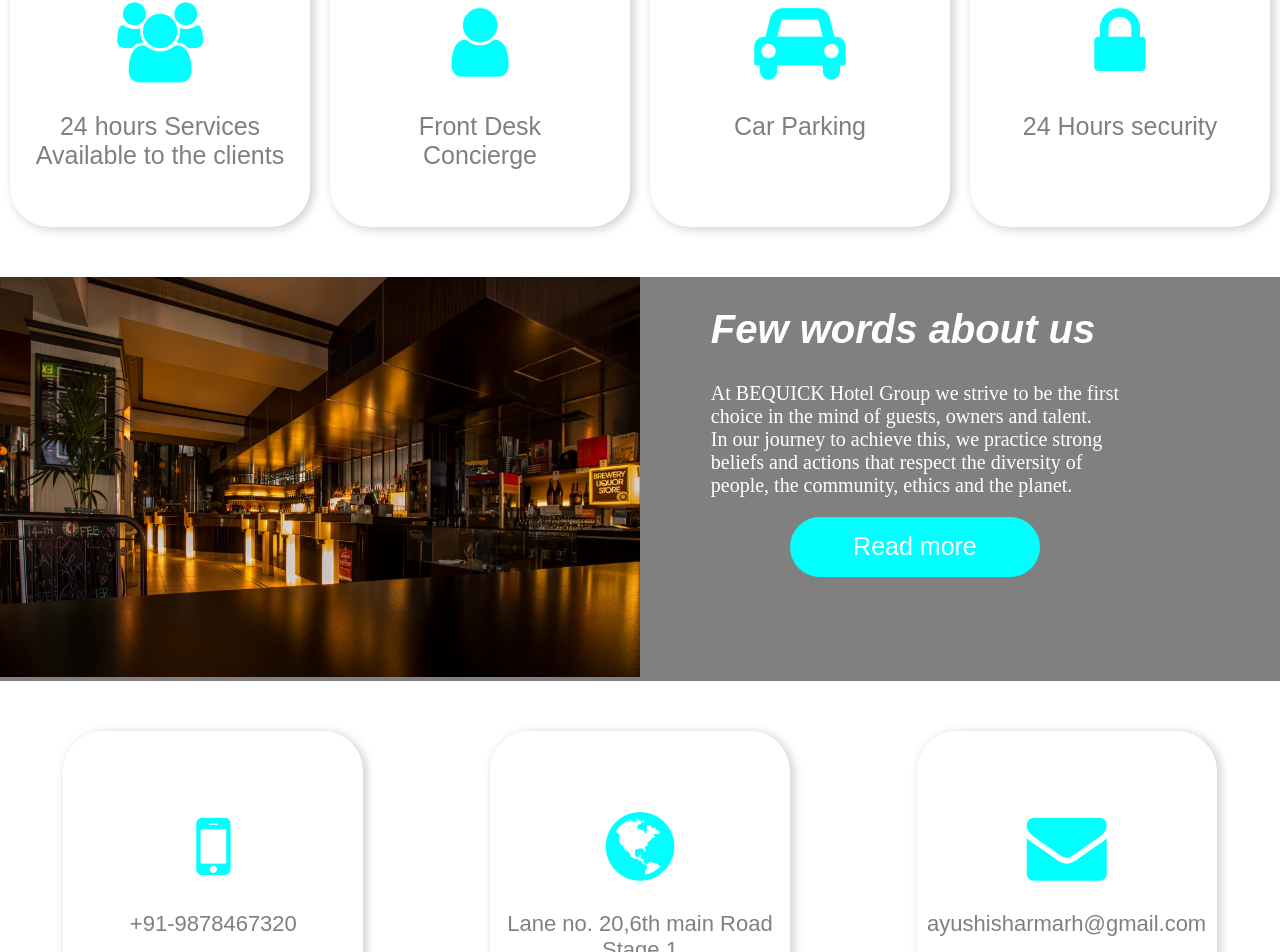
Repository: Ayushi6Sharma/BEQUICK_Hotel_Booking_Web
Page: index.html
An editor plug-in stored every save of this project. The page is shown before and after the next save, followed by the edit.
The browser window is 1280 px wide. The pictures show the part of the page from y = 857 to 1809 px (the page is 2259 px tall).

Above is the page before, as saved 2022-05-12 00:19:41.

### index.html
<!DOCTYPE html>
<html lang="en">
<head>
    <meta charset="UTF-8">
    <meta http-equiv="X-UA-Compatible" content="IE=edge">
    <meta name="viewport" content="width=device-width, initial-scale=1.0">
    <link rel="stylesheet" href="./style/style.css">
    <link rel="stylesheet" href="./style/mediaqueries.css">
    <!-- <link rel="stylesheet" href="https://cdn.jsdelivr.net/npm/@fortawesome/fontawesome-free@5.15.4/css/fontawesome.min.css" integrity="sha384-jLKHWM3JRmfMU0A5x5AkjWkw/EYfGUAGagvnfryNV3F9VqM98XiIH7VBGVoxVSc7" crossorigin="anonymous"> -->
    <!-- <link href="https://cdnjs.cloudflare.com/ajax/libs/font-awesome/5.13.0/css/all.min.css" rel="stylesheet"> -->
    <link rel="stylesheet" href="https://stackpath.bootstrapcdn.com/font-awesome/4.7.0/css/font-awesome.min.css" integrity="sha384-wvfXpqpZZVQGK6TAh5PVlGOfQNHSoD2xbE+QkPxCAFlNEevoEH3Sl0sibVcOQVnN" crossorigin="anonymous">

</head>
    <title>Bequick Hotel</title>
</head>
<body>
    <main>
        <nav class="nav">
            <ul class="nav-list">
                <span class="logo">BEQUICK</span>
                <li><a href="index.html">Home</a></li>
                <li><a href="./html/aboutus.html">About us</a></li>
                <li><a href="./html/contactus.html">Contact us</a></li>
                <li><a href="./html/booking.html">Bookings</a></li>
            </ul>
        </nav>

        <!-- section 1 -->

        <section class="hotel-main-image">
            <div class="hotel-main-image-content">
                Book now from anywhere
                <br> Anytime
            </div>
            <div class="bookings-btn">Bookings</div>
        </section>
        <!-- section 2  -->
        <section>
            <div class="section2-facilities">
               <div class="main-facilities">Facilities</div>
                <div class="main-facilities-lower">We are providiong you </div>
            </div>
            <div class="flex1-container1">
                <div class="flex1-item1">
                    <div class="facilities">
                        <i class="fa fa-users fa-5x"></i>
                        <div class="facilities-content">
                            24 hours Services Available to the clients
                        </div>
                    </div>
                </div>
                <div class="flex1-item2">
                    <div class="facilities">
                        <i class="fa fa-user fa-5x"></i>
                        <div class="facilities-content">
                            Front Desk
                            <br/>Concierge
                        </div>
                    </div>
                </div>
                <div class="flex1-item3">
                    <div class="facilities">
                        <i class="fa fa-car fa-5x"></i>
                        <div class="facilities-content">
                            Car Parking
                        </div>
                    </div>
                </div>
                <div class="flex1-item4">
                    <div class="facilities">
                        <i class="fa fa-lock fa-5x"></i>
                        <div class="facilities-content">
                            24 Hours security
                        </div>
                    </div>
                </div>
            </div>
        </section>
        <!-- section 3 -->
        <section>
            <div class="about">
                <div>
                    <img src="./images/hotel-img-3.jpg" class="about-image">
                </div>
                <div class="about-content">
                    <div class="about-content-1">
                        Few words about us
                    </div>
                    <div class="about-content-2">
                        At BEQUICK Hotel Group we strive to be the first
                        <br>choice in the mind of guests, owners and talent.
                        <br>In our journey to achieve this, we practice strong
                        <br>beliefs and actions that respect the diversity of
                        <br>people, the community, ethics and the planet.
                    </div>
                    <div class="about-btn">
                        Read more
                    </div>
                </div>
            </div>
        </section>
        <!-- section 4 -->
        <section>
            <div class="flex2-container2">
                <div class="flex2-item1">
                    <div class="location">
                        <i class="fa fa-mobile fa-5x"></i>
                        <div class="location-content">
                            +91-9878467320
                        </div>
                    </div>
                </div>
                <div class="flex2-item2">
                <div class="location">
                        <i class="fa fa-globe fa-5x"></i>
                        <div class="location-content">
                            Lane no. 20,6th main Road
                            <br/>Stage 1
                        </div>
                    </div>
                </div>
                <div class="flex2-item3">
                <div class="location">
                        <i class="fa fa-envelope fa-5x"></i>
                        <div class="location-content">
                            ayushisharmarh@gmail.com
                        </div>
                    </div>
                </div>
            </div>
        </section>

        <!-- footer -->
        <footer>
            <div class="footer">
                <div class="logo" id="footer-logo">BEQUICK</div>
                <div class="footer-flex">
                    <!-- <div class="logo" id="footer-logo">BEQUICK</div> -->
                    <div class="footer-list">
                        <ul class="footer-list-1">
                            <div class="footer-list-heading">Explore</div>
                            <li><a href="index.html">Home</a></li>
                            <li><a href="./html/aboutus.html">About us</a></li>
                            <li><a href="./html/contactus.html">Contact us</a></li>
                            <li><a href="./html/booking.html">Bookings</a></li>
                        </ul>
                    </div>
                    <!-- <div class="footer-list">
                        <ul class="footer-list-2">
                            <div class="footer-list-heading">Legal</div>
                            <li>Terms</li>
                            <li>Privacy</li>
                        </ul>
                    </div> -->
                    <div class="footer-list">
                        <ul class="footer-list-3">
                            <div class="footer-list-heading">Follow</div>
                            <li>
                                <a href="#"><i class="fa fa-instagram fa-2x"></i></a>
                            </li>
                            <li>
                                <a href="#"><i class="fa fa-linkedin fa-2x"></i></a>
                            </li>
                            <li>
                                <a href="#"><i class="fa fa-twitter fa-2x"></i></a>
                            </li>
                            <li>
                                <a href="#"><i class="fa fa-github fa-2x"></i></a>
                            </li>
                        </ul>
                    </div>
                </div>
                <!-- copyright -->
                <div class="copyright">
                    Copyright &copy; 2022. All Rights Reserved - BEQUICK
                </div>
            </div>
        </footer>
    </main>
</body>
</html>

### style/style.css
*
{
    padding: 0px;
    margin: 0px;
    box-sizing: border-box;
}
/* nav */
.nav
{
    background-color: black;
}
.nav-list
{
    list-style-type:none;
    width: 100%;
    text-align: end;
}
.nav-list > li
{
    display: inline-block;
    padding: 25px;
    font-size: 18px;
}
.nav-list li a
{
    text-decoration: none;
    color:white;
}
.nav-list li a:hover
{
    color: aquamarine;
}
.logo
{
    padding: 20px;
    color:aqua;
    float: left;
    font:bolder 25px sans-serif;
}
/* section 1 */
/* main image */
.hotel-img-2
{
    width: 100%;
    height:500px;
}
.hotel-main-image
{
    background-image:url('../images/hotel-img-5.jpg');
    height:500px;
    width:100%;
    background-size:cover;
    text-align: center;
}
.hotel-main-image-content
{
    padding-top:10%;
    font:bold 45px sans-serif;
    color:white;
    padding-bottom: 2%;
    line-height: 70px;
}
.bookings-btn
{
    width:250px;
    height: 60px;
    background-image:linear-gradient(to right,black,aqua);
    color:white;
    border-radius: 40px;
    text-align: center;
    padding-top: 15px;
    font:25px sans-serif;
    margin:auto;
    cursor:pointer;
}

/* section 2 */
.flex1-container1
{
    display: flex;
    flex-direction: row;
    flex-wrap: wrap;
    margin-top: 40px;
    justify-content: space-around;
    align-content:space-around;
}
.flex1-container1 > div
{
    margin-top:20px;
}
/* Facilities */
.section2-facilities
{
    text-align: center;
    margin-top:50px;
}
.main-facilities
{
    font:bold 60px sans-serif;
}
.main-facilities-lower
{
    font-size: 30px;
    font-style: italic;
    color:grey;
}
.facilities
{
    width:300px;
    height:300px;
    text-align:center;
    border-radius: 40px;
    box-shadow: 3px 2px 10px 1px lightgrey;
}
.facilities i{
    margin-top: 25%;
    color:aqua;
}
.facilities-content
{   margin-top: 30px;
    font: 25px sans-serif;
    color:grey;
}
/* section 3 */
.about{
    margin-top: 50px;
    display: flex;
    flex-wrap: wrap;
    background-color:grey;
}
.about-image
{
    width:90%;
    height:400px;
}
.about-content-1
{
    font:bold 40px sans-serif;
    color: white;
    font-style: italic;
    margin-top: 30px;
}
.about-content-2
{
    color:white;
    word-wrap: break-word;
    font-size: 20px;
    padding-top: 30px;
    margin-bottom: 20px;
}
.about-btn
{   font:25px sans-serif;
    width:250px;
    height: 60px;
    background-color: aqua;
    color:white;
    border-radius: 40px;
    text-align: center;
    padding-top: 15px;
    border: none;
    margin: auto;
}

/* section 4 */

.flex2-container2
{
    display: flex;
    justify-content: space-around;
    margin-top: 50px;
    text-align: center;
    align-content:space-around;
    flex-wrap: wrap;
}
.location
{
    width:300px;
    height:300px;
    text-align:center;
    border-radius: 40px;
    box-shadow: 3px 2px 10px 1px lightgrey;
}
.location i
{
    color:aqua;
    padding-top: 25%;
}
.location-content
{
    font:22px sans-serif;
    padding-top: 25px;
    color:grey;
}

/* footer */
.footer{
    background-color: black;
}
.footer-flex
{
    display: flex;
    justify-content: space-around;
    margin-top: 50px;
}
.footer-list-heading
{
    font:bold 20px sans-serif;
    color:aqua;
    margin-top:30px;
}
.footer-list  ul li a
{
    list-style-type: none;
    color:white;
    font-size: 20px;
    text-decoration: none;
}
.footer-list-1 >li
{
    padding-top:20px;
}
.footer-list-2 >li
{
    padding-top:20px;
}
.footer-list-3 i
{
    padding-top: 15px;
    color: white;
}
/* copyright */
.copyright
{
    text-align: center;
    color:white;
    font:italic bold sans-serif;
    padding-bottom: 30px;
}
/* media queries */

### style/mediaqueries.css
@media screen and (max-width:480px){
    .nav-list >li
    {
        width:100%;
        text-align: center;
    }
    .hotel-main-image
    {
        height: 400px;
    }
    .hotel-main-image-content
    {
        font-size:30px;
        line-height: 60px;
    }
    .bookings-btn
    {
        margin-top: 10%;
    }
    .main-facilities
    {
        font-size: 40px;
    }
    .main-facilities-lower
    {
        font-size: 25px;
    }
    .facilities-content
    {
        font-size: 20px;
    }
    .about-image
    {
        width:100%;
    }
    .about-content-1
    {
        font-size: 40px;
        padding-left: 20px;
    }
    .about-content-2
    {
        font-size: 18px;
        text-align: center;
        padding-left: 20px;
    }
    .about-btn
    {
        margin-bottom: 20px;
    }
    .flex2-container2 > div
    {
        margin-top: 20px;
    }
    .location-content
    {
        font-size: 20px;
    }
    .footer-list  ul li a
    {
        font-size: 18px;
    }
}
@media screen and (min-width:480px) and (max-width:768px){
    .nav-list >li
    {
        width:100%;
        text-align: center;
    }

    .hotel-main-image-content
    {
        font-size:40px;
        line-height: 60px;
        padding-top: 20%;
    }
    .bookings-btn
    {
        margin-top: 5%;
    }
    .main-facilities
    {
        font-size: 40px;
    }
    .main-facilities-lower
    {
        font-size: 25px;
    }
    .facilities-content
    {
        font-size: 20px;
    }
    .about-image
    {
        width:100%;
    }
    .about-content-1
    {
        font-size: 40px;
        margin: auto;
    }
    .about-content-2
    {
        font-size: 18px;
        text-align: center;
        padding-left: 20px;
    }
    .about-btn
    {
        margin-bottom: 20px;
    }
    .flex2-container2 > div
    {
        margin-top: 20px;
    }
    .location-content
    {
        font-size: 20px;
    }
    .footer-list  ul li a
    {
        font-size: 18px;
    }
}
@media screen and (min-width:769px) and (max-width:1000px)
{
    .about-image
    {
        background-image:url("../images/hotel-img-4.jpg");
    }
}

After the next save:
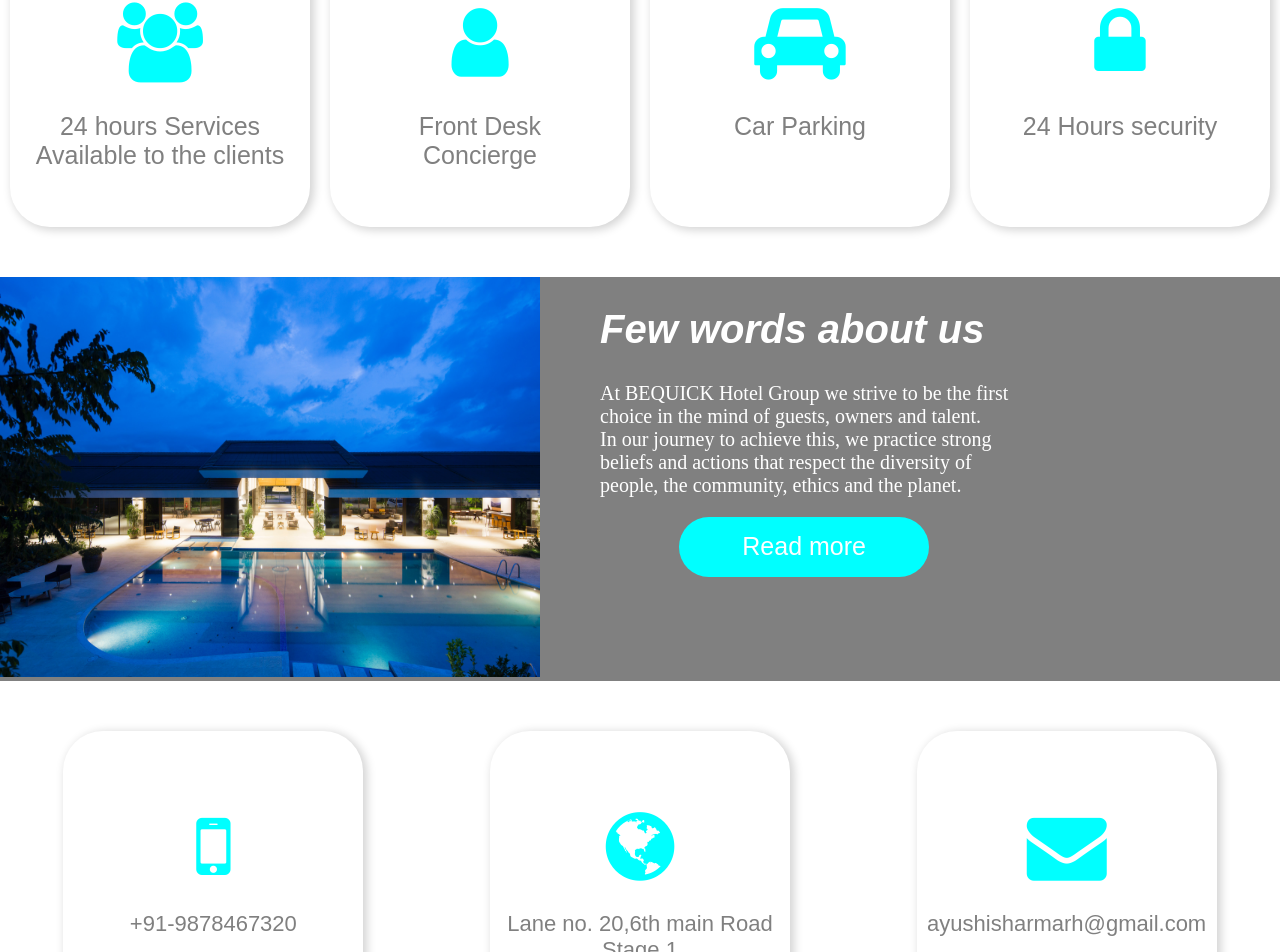
Saved 89 s later.
--- a/index.html
+++ b/index.html
@@ -80,7 +80,7 @@
         <section>
             <div class="about">
                 <div>
-                    <img src="./images/hotel-img-3.jpg" class="about-image">
+                    <img src="./images/hotel-img-1.jpg" class="about-image">
                 </div>
                 <div class="about-content">
                     <div class="about-content-1">
